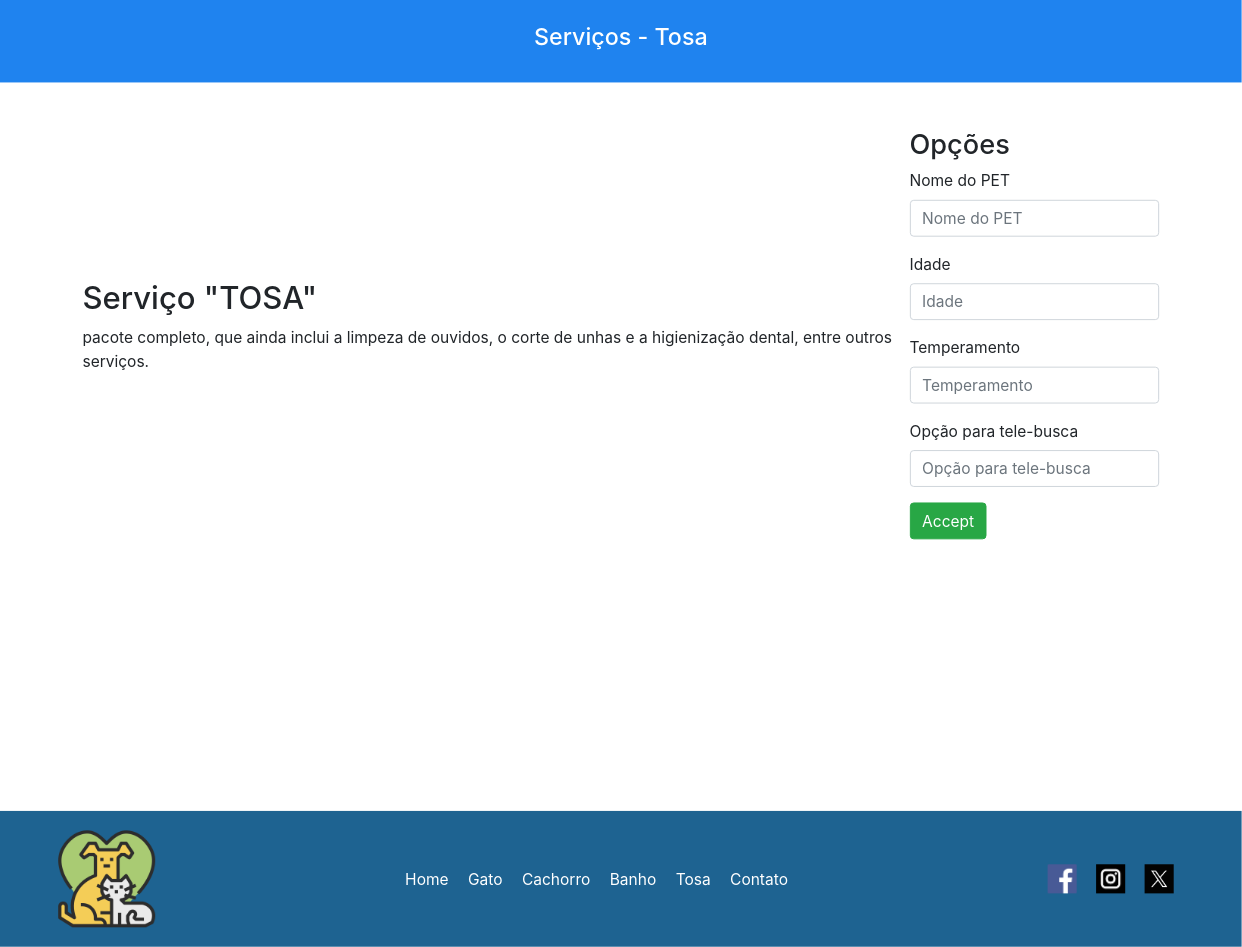
Repository: graeff01/petshop-project
Page: tosa.html
The author's editor kept a copy of each file at every save. The page is drawn from the files as they stood at one save, then again after the next save.
The browser window is 1280 px wide. The pictures show the whole page, at 97% of full size.

Above is the page before, as saved 2024-09-18 11:42:31.

### tosa.html
<!DOCTYPE html>
<html lang="en">
<head>
    <meta charset="UTF-8">
    <meta name="viewport" content="width=device-width, initial-scale=1.0">
    <title>PetShop - Serviços - Tosa</title>
    <link rel="stylesheet" href="css/bt.css">
    <link href="https://maxcdn.bootstrapcdn.com/bootstrap/4.5.2/css/bootstrap.min.css" rel="stylesheet">
</head>
<body>
    <header class="blue-background text-center p-4">
        <h1>Serviços - Tosa</h1>
    </header>
    <main class="container mt-5">
        <div class="d-flex justify-content-between align-items-center">
            <div class="service-description">
                <h2>Serviço "TOSA"</h2>
                <p>pacote completo, que ainda inclui a limpeza de ouvidos, o corte de unhas e a higienização dental, entre outros serviços.</p>
            </div>
            <div class="service-form">
                <h3>Opções</h3>
                <form>
                    <div class="form-group">
                        <label for="pet-name">Nome do PET</label>
                        <input type="text" class="form-control" id="pet-name" placeholder="Nome do PET">
                    </div>
                    <div class="form-group">
                        <label for="pet-age">Idade</label>
                        <input type="text" class="form-control" id="pet-age" placeholder="Idade">
                    </div>
                    <div class="form-group">
                        <label for="pet-temperament">Temperamento</label>
                        <input type="text" class="form-control" id="pet-temperament" placeholder="Temperamento">
                    </div>
                    <div class="form-group">
                        <label for="pickup-option">Opção para tele-busca</label>
                        <input type="text" class="form-control" id="pickup-option" placeholder="Opção para tele-busca">
                    </div>
                    <button type="submit" class="btn btn-success">Accept</button>
                </form>
            </div>
        </div>
    </main>
    <footer class="footer">
        <div class="footer-container">
            <div class="footer-left">
                <img src="img/logo.png" alt="PetShop Logo" class="footer-logo">
            </div>
            <div class="footer-center">
                <ul class="footer-links">
                    <li><a href="/index.html">Home</a></li>
                    <li><a href="/gato.html">Gato</a></li>
                    <li><a href="/dog.html">Cachorro</a></li>
                    <li><a href="/banho.html">Banho</a></li>
                    <li><a href="/tosa.html">Tosa</a></li>
                    <li><a href="/contato.html">Contato</a></li>
                </ul>
            </div>
            <div class="footer-right">
                <div class="social-icons">
                    <a href="#"><img src="img/face.png" alt="Facebook"></a>
                    <a href="#"><img src="img/insta.png" alt="Instagram"></a>
                    <a href="#"><img src="img/x.png" alt="Twitter"></a>
                </div>
            </div>
        </div>
    </footer>
    <script src="https://code.jquery.com/jquery-3.5.1.slim.min.js"></script>
    <script src="https://cdn.jsdelivr.net/npm/@popperjs/core@2.9.2/dist/umd/popper.min.js"></script>
    <script src="https://maxcdn.bootstrapcdn.com/bootstrap/4.5.2/js/bootstrap.min.js"></script>
</body>
</html>

### css/bt.css
/*dog.html */

body {
    font-family: Arial, sans-serif;
    margin: 0;
    padding: 0;
}

header.blue-background {
    background-color: #0f7beeee;
    color: white;
    padding: 20px 0;
    text-align: center;
    width: 100%;
    box-sizing: border-box;
}

header.blue-background h1 {

    font-size: 24px;
}


.footer {
    margin-top: 280px;
    background-color: #1e6391;
    padding: 20px 0;
    color: rgb(0, 0, 0);
    text-align: center;
    width: 100%;
}

.footer-container {
    display: flex;
    justify-content: space-between;
    align-items: center;
    max-width: 1200px;
    margin: 0 auto;
    padding: 0 20px;
    box-sizing: border-box;
}

.footer-left img {
    width: 100px;
}

.footer-center {
    flex: 1;
}

.footer-links {
    list-style-type: none;
    padding: 0;
    margin: 0;
    display: flex;
    justify-content: center;
}

.footer-links li {
    margin: 0 10px;
}

.footer-links a {
    color: white;
    text-decoration: none;
    font-size: 16px;
}

.footer-links a:hover {
    text-decoration: underline;
}

.footer-right .social-icons {
    display: flex;
    justify-content: center;
}

.footer-right .social-icons a {
    margin: 0 10px;
}

.footer-right .social-icons img {
    width: 30px;
    height: 30px;
}

After the next save:
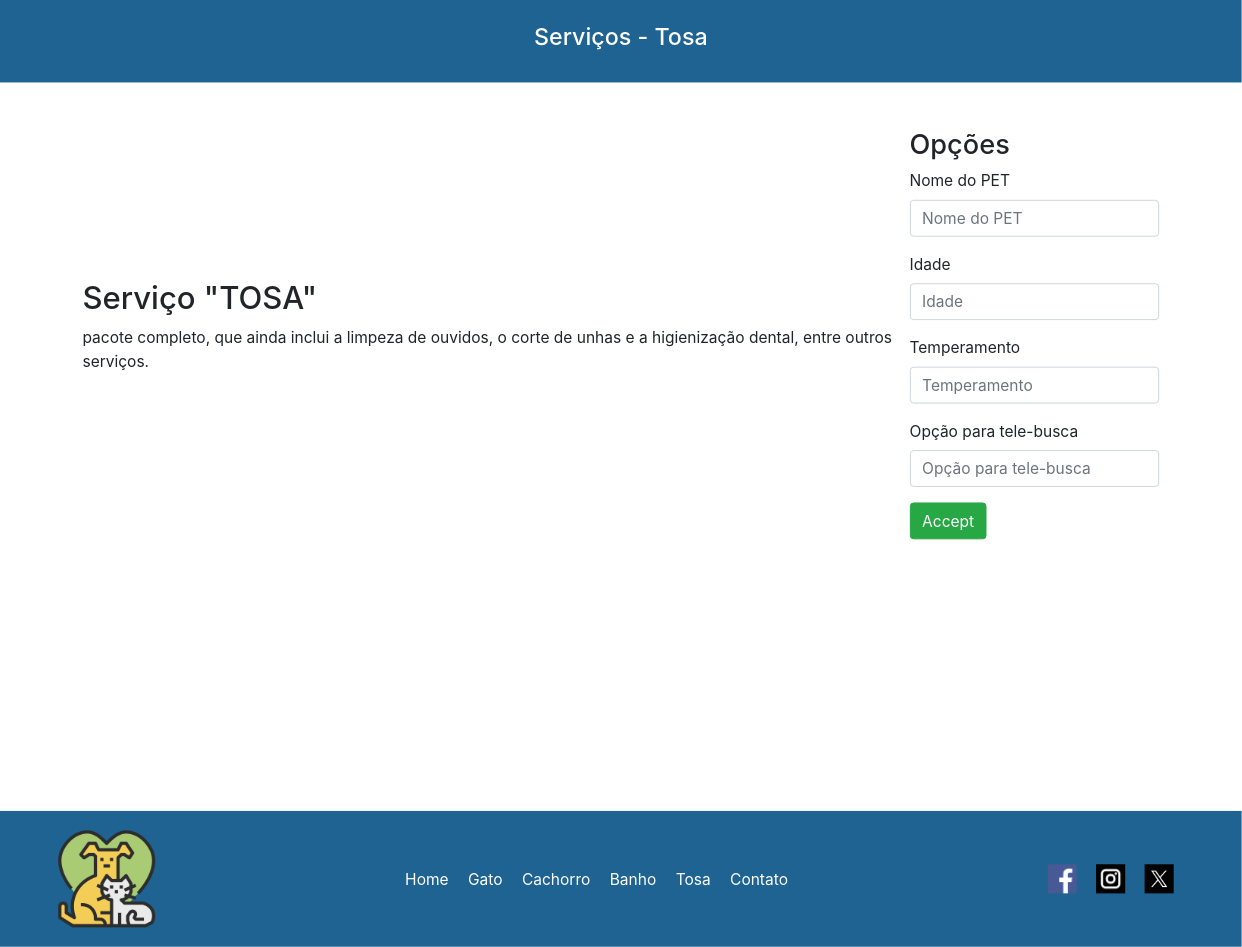
Saved 12 s later.
--- a/css/bt.css
+++ b/css/bt.css
@@ -7,7 +7,7 @@ body {
 }
 
 header.blue-background {
-    background-color: #0f7beeee;
+    background-color: #1e6391;
     color: white;
     padding: 20px 0;
     text-align: center;
